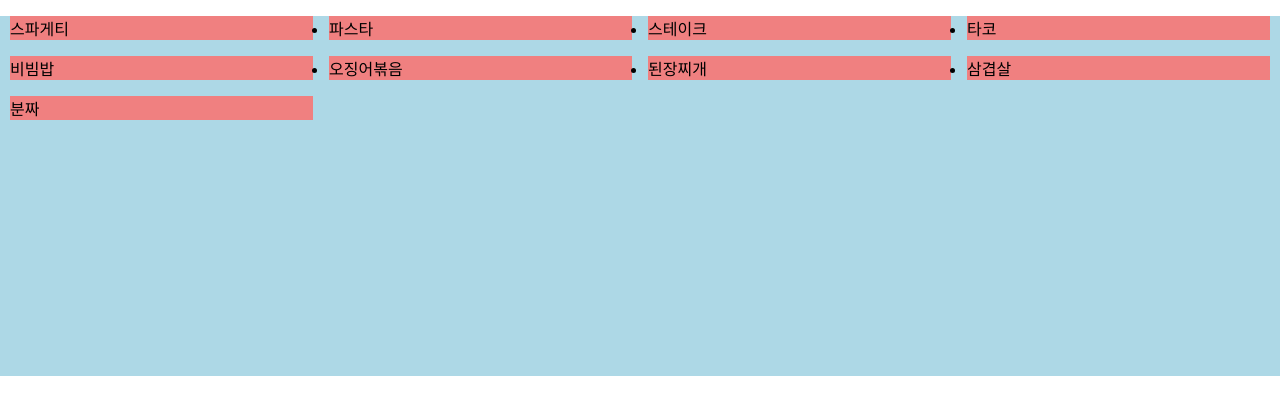
Repository: YEOMJINSEOP/playground
Page: / (app in practicegrid/)
An editor plug-in stored every save of this project. The page is shown before and after the next save, followed by the edit.
The browser window is 1280 px wide. The pictures show the whole page.
The project was rebuilt for these pictures with package versions that can differ from the ones it lists, and the page was loaded fresh each time.

Above is the page before, as saved 2022-11-01 17:31:25.

After the next save:
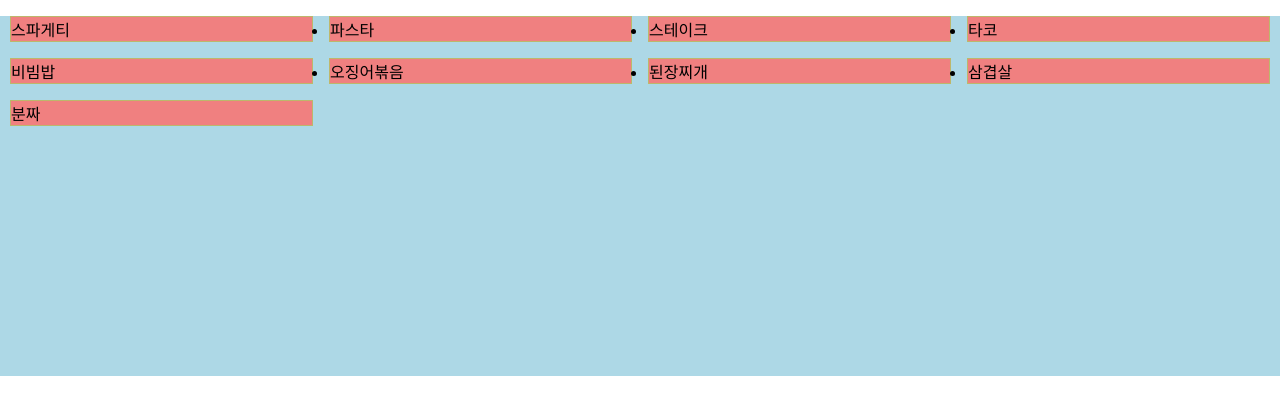
Saved 23 s later.
--- a/practicegrid/src/App.css
+++ b/practicegrid/src/App.css
@@ -16,4 +16,5 @@ ul{
 
 li{
   background-color: lightcoral;
+  border: 1px solid darkkhaki;
 }
